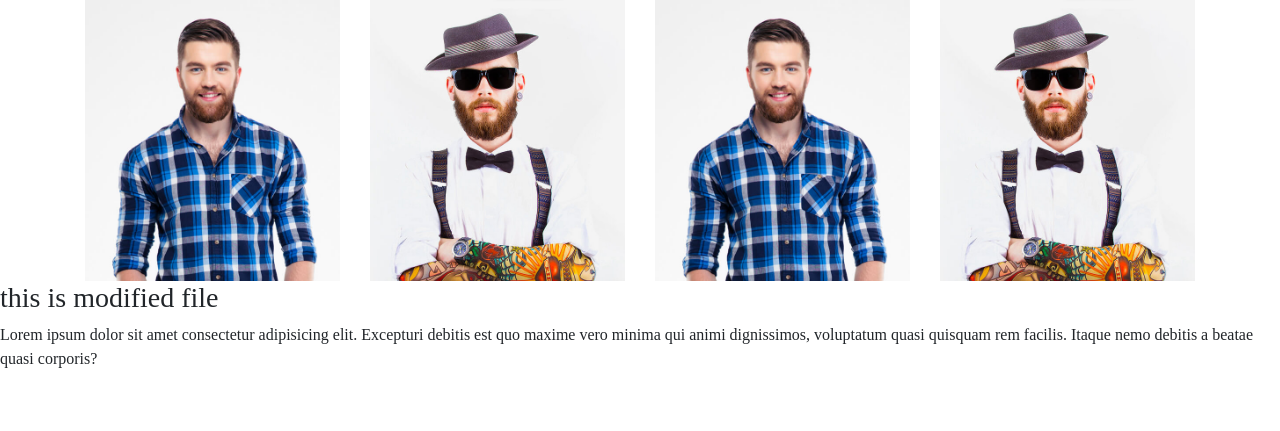
Repository: abdallahgad0000/RouteTeam
Page: index.html
The author's editor kept a copy of each file at every save. The page is drawn from the files as they stood at one save, then again after the next save.
The browser window is 1280 px wide. The pictures show the whole page.

Above is the page before, as saved 2020-12-26 10:56:58.

After the next save:
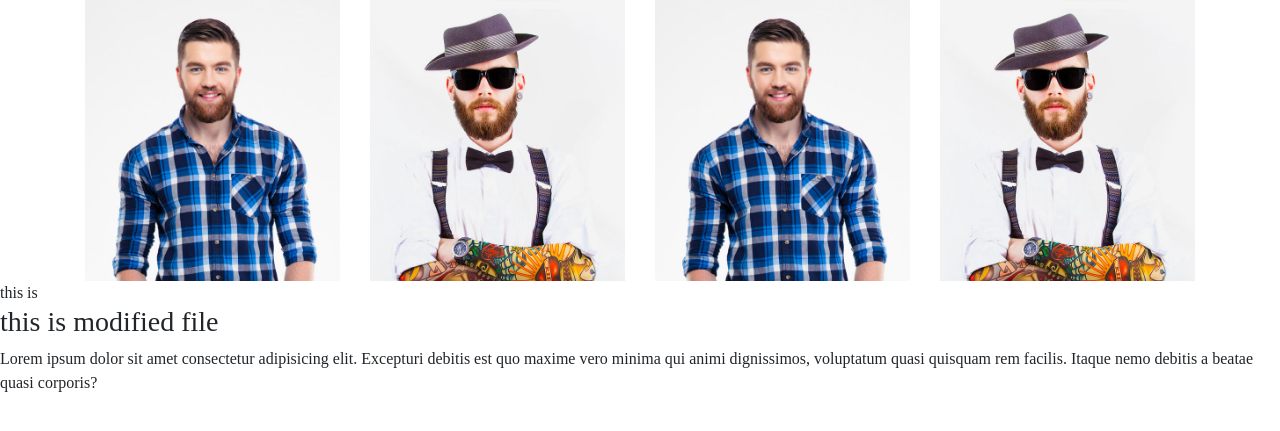
Saved 15 s later.
--- a/index.html
+++ b/index.html
@@ -37,7 +37,7 @@
   <!--end of section 1-->
 
   <section>
-
+    this is
     <h3> this is modified file</h3>
     <p> Lorem ipsum dolor sit amet consectetur adipisicing elit. Excepturi debitis est quo maxime vero minima qui animi
       dignissimos, voluptatum quasi quisquam rem facilis. Itaque nemo debitis a beatae quasi corporis? </p>
